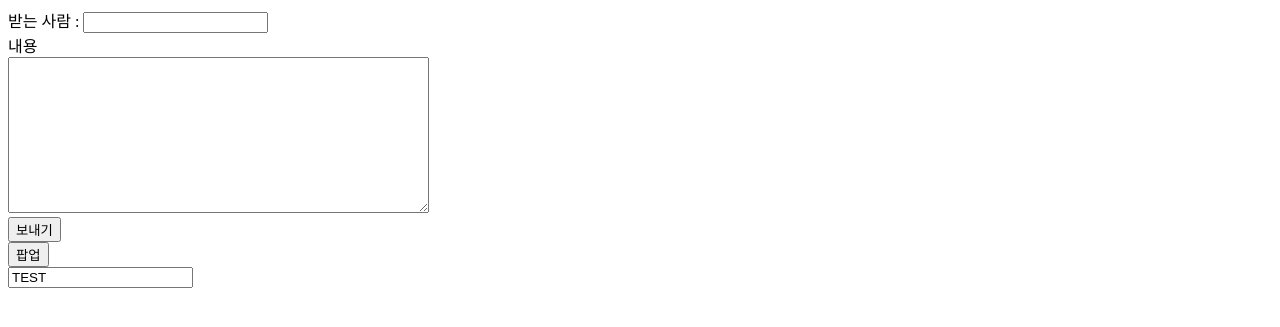
Repository: heebedev/TheJoeun_JSP
Page: http://localhost/TeamProject_05/messageSend.jsp
These files come from the project's save history. The page is drawn as it stood at one moment and after the next save; the edit follows.
The browser window is 1280 px wide. The pictures show the whole page.
The page is served by Tomcat 9.

Above is the page before, as saved 2020-06-16 02:38:46.

After the next save:
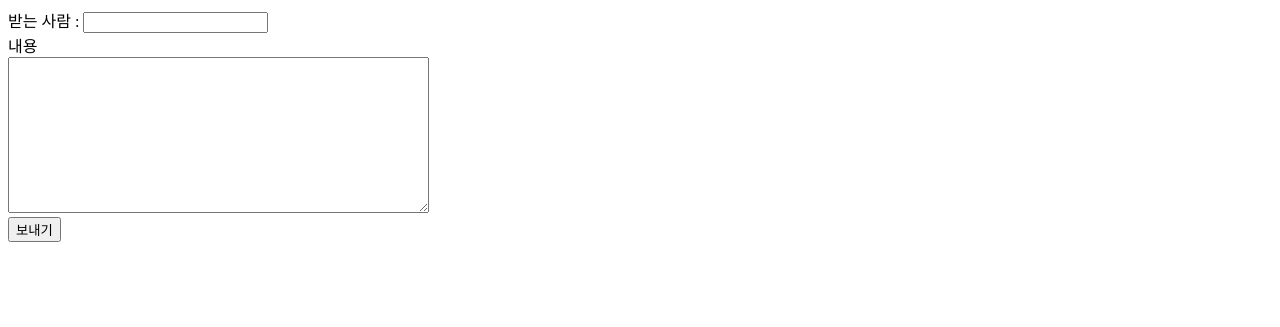
Saved 47 s later.
--- a/TeamProject_05/WebContent/messageSend.jsp
+++ b/TeamProject_05/WebContent/messageSend.jsp
@@ -13,30 +13,8 @@
 		받는 사람 : <input type="text" name="nickname" value="${usinfo.nickname}" readonly="readonly"><br>
 		내용 <br>
 		<textarea rows="10" cols="50" name="message"></textarea><br>
-		<button onclick="popup();">보내기</button>
+		<input type="submit" value="보내기">
 	</form>
 
 </body>
 </html>
-
-
-
-
-
-<html>
-<head>
-<title>pop post</title>
-<script>
-function popup() {
-var win = window.open("", "PopupWin", "");
-document.PopForm.submit();
-}
-</script>
-</head>
-<body>
-<button onclick="popup();">팝업</button>
-<form name="PopForm" action="target.html" method="post" target="PopupWin">
-<input type="text" value="TEST" />
-</form>
-</body>
-</html>
